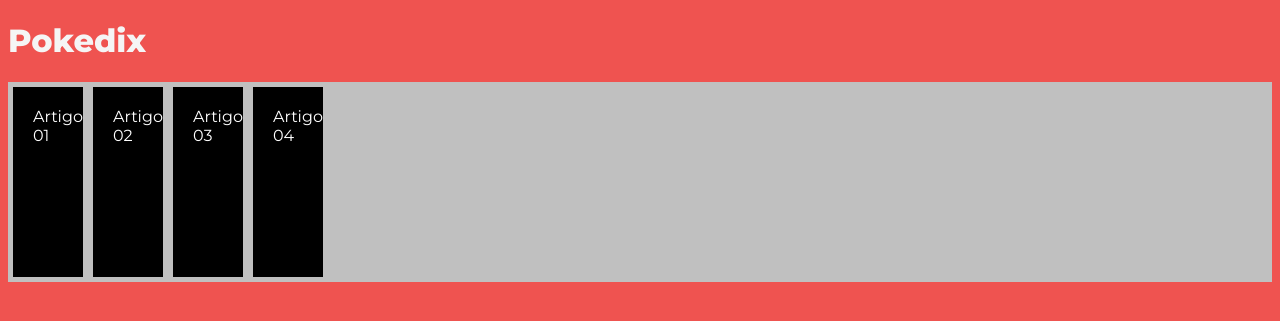
Repository: byjuliogomes/pokebyte
Page: index.html
An editor plug-in stored every save of this project. The page is shown before and after the next save, followed by the edit.
The browser window is 1280 px wide. The pictures show the whole page.

Above is the page before, as saved 2020-06-03 23:23:30.

### index.html
<!DOCTYPE html>
<html lang="pt-br">
<head>
    <meta charset="UTF-8">
    <meta name="viewport" content="width=device-width, initial-scale=1.0">
    <title>Pokedix</title>
    <link rel="stylesheet" href="app.css">
    <link href="https://fonts.googleapis.com/css2?family=Montserrat:wght@400;600;800;900&display=swap" rel="stylesheet">
</head>
<body>
    <h1>Pokedix</h1>
    <section class="container">
        <article class="item article-01">
            Artigo 01
        </article>
        <article class="item article-02">
            Artigo 02
        </article>
        <article class="item article-03">
            Artigo 03
        </article>
        <article class="item article-04">
            Artigo 04
        </article>
    </section>
    <script src="app.js"></script>
</body>
</html>

### app.css
* {
    font-family: 'Montserrat', sans-serif;
}

body {
    background-color: #EF5350;
    color: whitesmoke;
}

.container {
    background-color: silver;
    height: 200px;
    display: flex;
    flex-direction: row;
    flex-wrap: wrap;
    flex-flow: row wrap;
    justify-content: flex-start;
}

.item{
    background-color: black;
    color: #ffff;
    padding: 20px;
    margin: 5px;
    width: 30px;
}

### app.js
const fetchPokemon = () => {

};

After the next save:
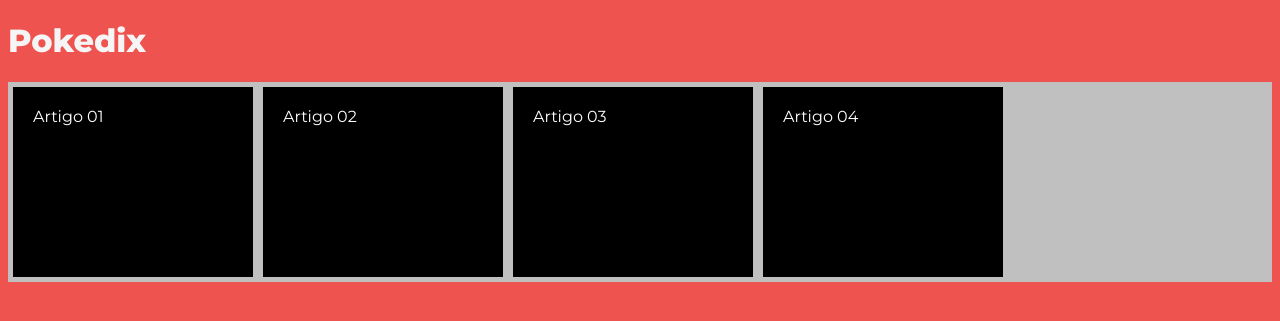
Saved 9 min 40 s later.
--- a/app.css
+++ b/app.css
@@ -11,7 +11,6 @@
     background-color: silver;
     height: 200px;
     display: flex;
-    flex-direction: row;
     flex-wrap: wrap;
     flex-flow: row wrap;
     justify-content: flex-start;
@@ -22,5 +21,5 @@
     color: #ffff;
     padding: 20px;
     margin: 5px;
-    width: 30px;
+    width: 200px;
 }
